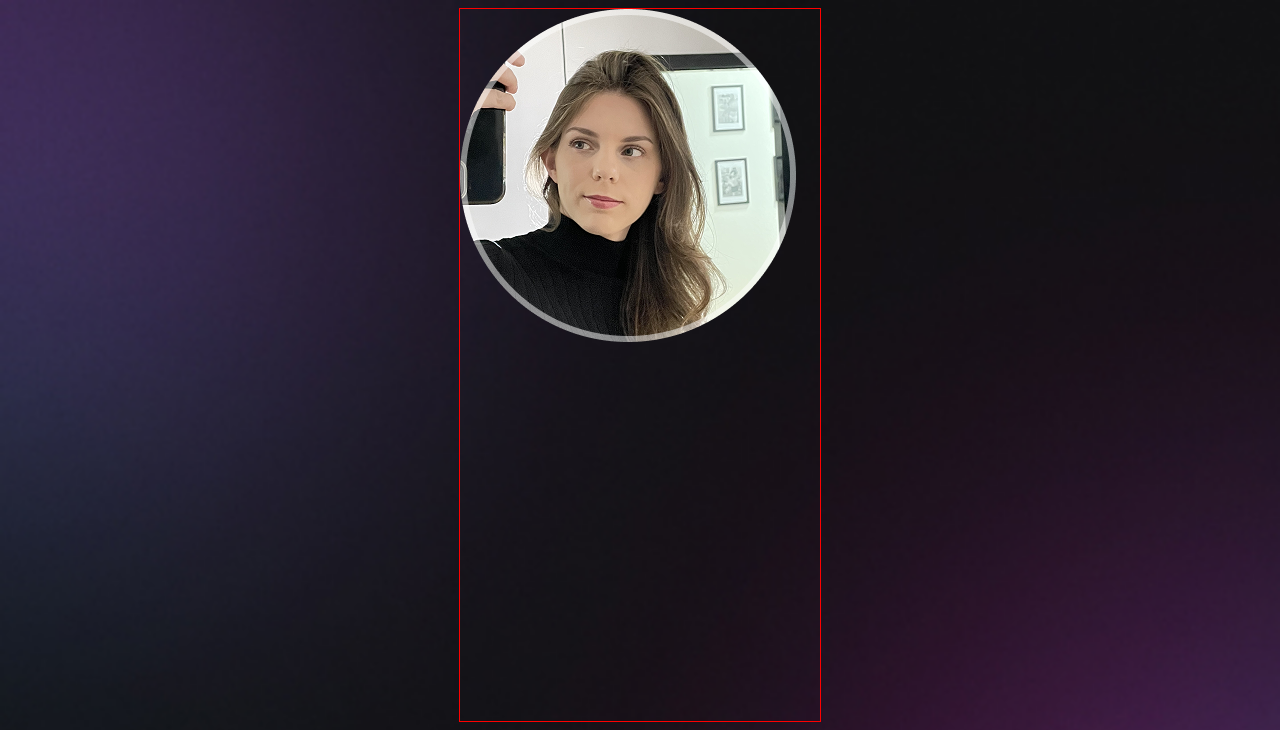
Repository: Fr4nc021/Pagina-de-links-
Page: index.html
These files come from the project's save history. The page is drawn as it stood at one moment and after the next save; the edit follows.
The browser window is 1280 px wide. The pictures show the whole page.

Above is the page before, as saved 2025-02-07 16:06:58.

After the next save:
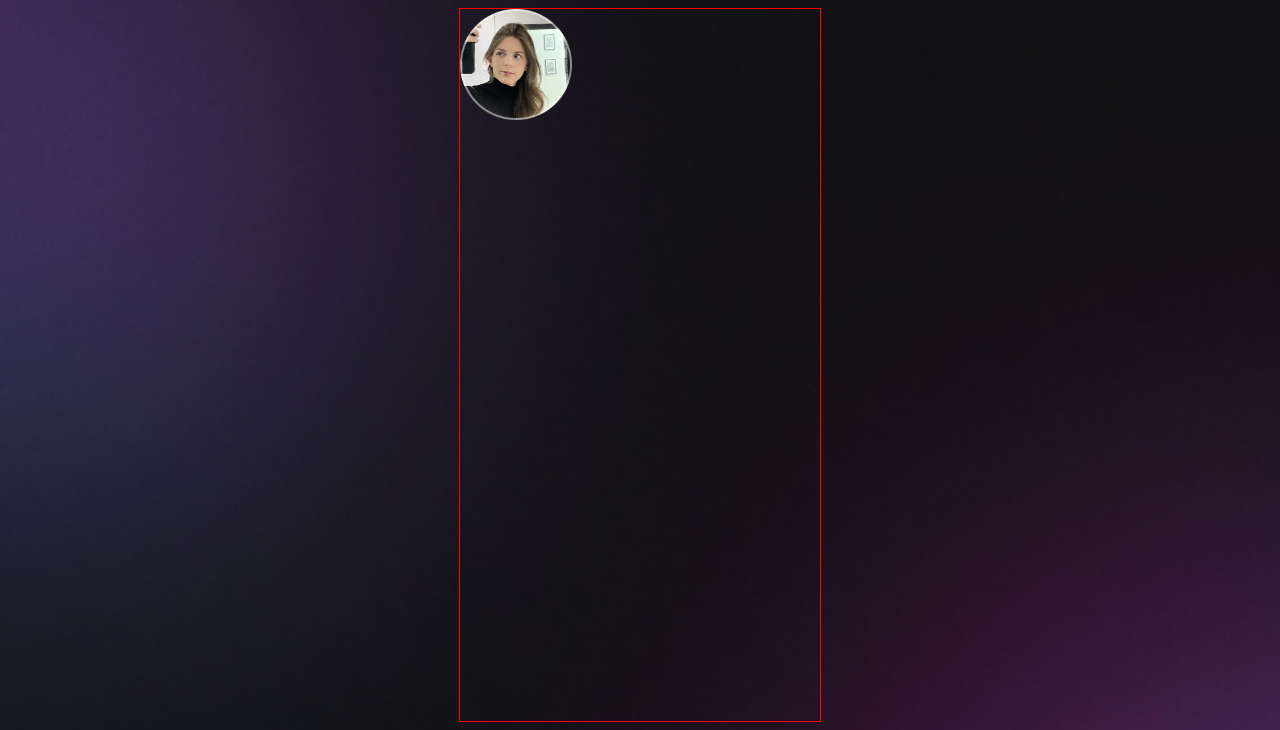
Saved 3 min 10 s later.
--- a/style.css
+++ b/style.css
@@ -15,5 +15,9 @@ background: url(./assets/bg-mobile.jpg) no-repeat top center/cover;
     height: 712px;
     border: 1px solid red;
     margin: auto;
+}
+
+#profile img {
+    width: 112px;
 
 }
